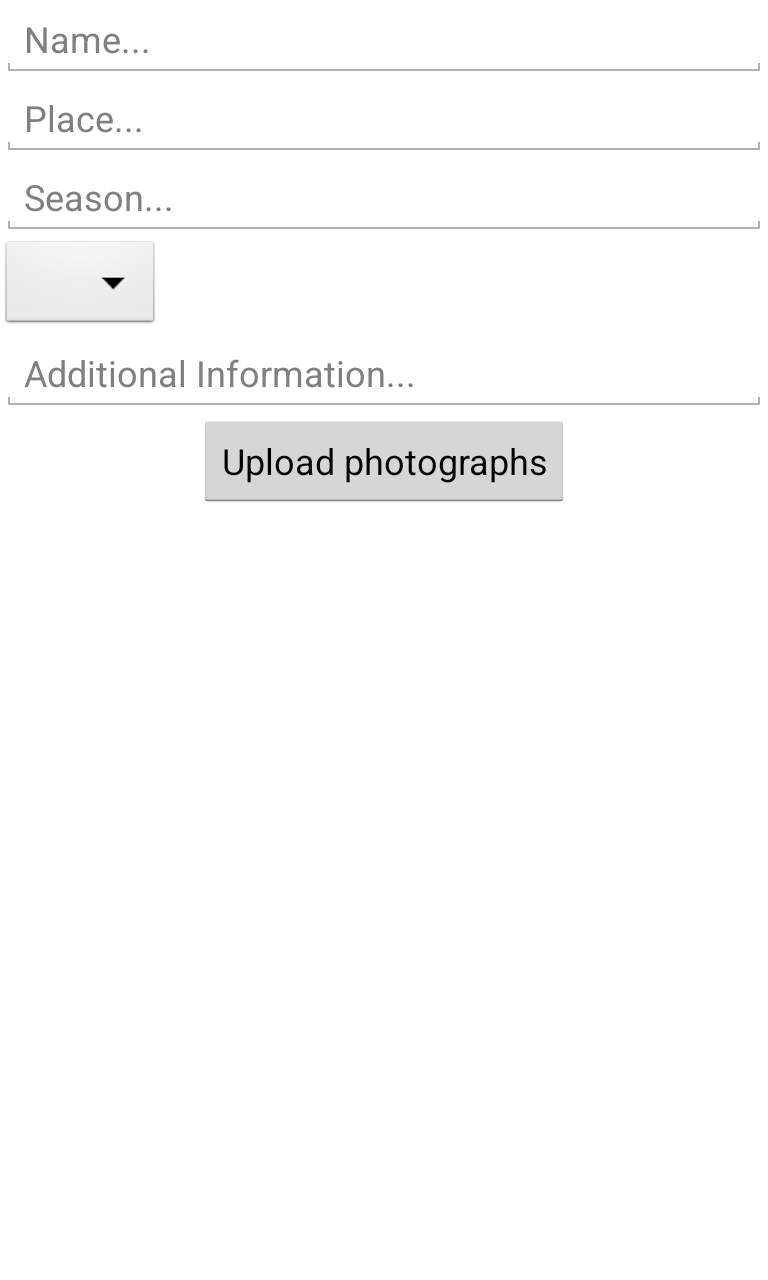
Repository: sandeshshetty/TravelZeus
Layout: TravelZeus/res/layout/fragment_insert_info.xml
These files come from the project's save history. The layout is drawn as it stood at one moment and after the next save; the edit follows.
It is drawn on a 768 x 1280 px phone screen (xhdpi) without system bars, with theme AppTheme; the app's code is not run.

Above is the layout before, as saved 2015-05-17 02:52:04.

### TravelZeus/res/layout/fragment_insert_info.xml
<?xml version="1.0" encoding="utf-8"?>
<LinearLayout xmlns:android="http://schemas.android.com/apk/res/android"
    android:layout_width="match_parent"
    android:layout_height="match_parent"
    android:orientation="vertical">

    <EditText
        android:id="@+id/userInputName"
        android:layout_height="wrap_content"
    	android:layout_width="match_parent"
    	android:hint="Name..."
    	 />

    <EditText
        android:id="@+id/userInputPlace"
        android:layout_height="wrap_content"
    	android:layout_width="match_parent"
    	android:hint="Place..."
    	 />

    <EditText
        android:id="@+id/userInputSeason"
        android:layout_height="wrap_content"
    	android:layout_width="match_parent"
    	android:hint="Season..."
    	 />

   <Spinner
       android:id="@+id/userInput"
       android:layout_height="wrap_content"
       android:layout_width="wrap_content"
        android:background="@android:drawable/btn_dropdown"
        android:spinnerMode="dropdown"
       />

    <EditText
        android:id="@+id/userComment"
        android:layout_height="wrap_content"
    	android:layout_width="match_parent"
    	android:hint="Additional Information..."
    	 />

     <Button
        android:id="@+id/userImageUpload"
        android:layout_width="wrap_content"
        android:layout_height="wrap_content"
       	android:layout_gravity="center_horizontal"
       	android:text="Upload photographs" />

</LinearLayout>

Loaded but not shown: TravelZeus/res/values/styles.xml (common file); TravelZeus/res/values-v11/styles.xml (common file); TravelZeus/res/values-v14/styles.xml (common file)

After the next save:
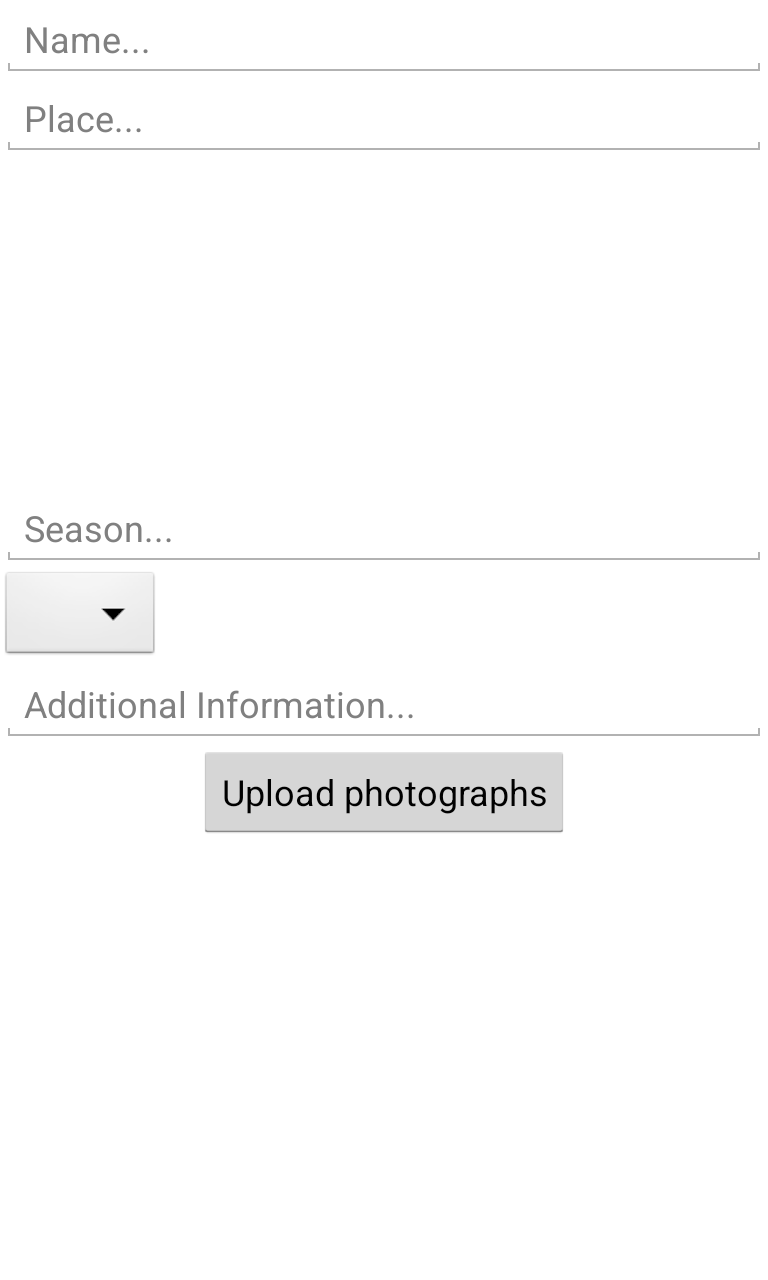
Saved 6 min 17 s later.
--- a/TravelZeus/res/layout/fragment_insert_info.xml
+++ b/TravelZeus/res/layout/fragment_insert_info.xml
@@ -18,6 +18,31 @@
     	android:hint="Place..."
     	 />
 
+    <LinearLayout
+         android:layout_width="match_parent"
+    android:layout_height="wrap_content"
+    android:orientation="horizontal">
+
+
+         <EditText
+        android:id="@+id/userInputFromPlace"
+        android:layout_height="wrap_content"
+		android:layout_gravity="left"
+    	android:hint="From..."
+    	 />
+
+
+
+          <EditText
+        android:id="@+id/userInputToPlace"
+        android:layout_height="wrap_content"
+		android:layout_gravity="right"
+    	android:hint="To..."
+    	 />
+
+
+
+    </LinearLayout>
     <EditText
         android:id="@+id/userInputSeason"
         android:layout_height="wrap_content"
